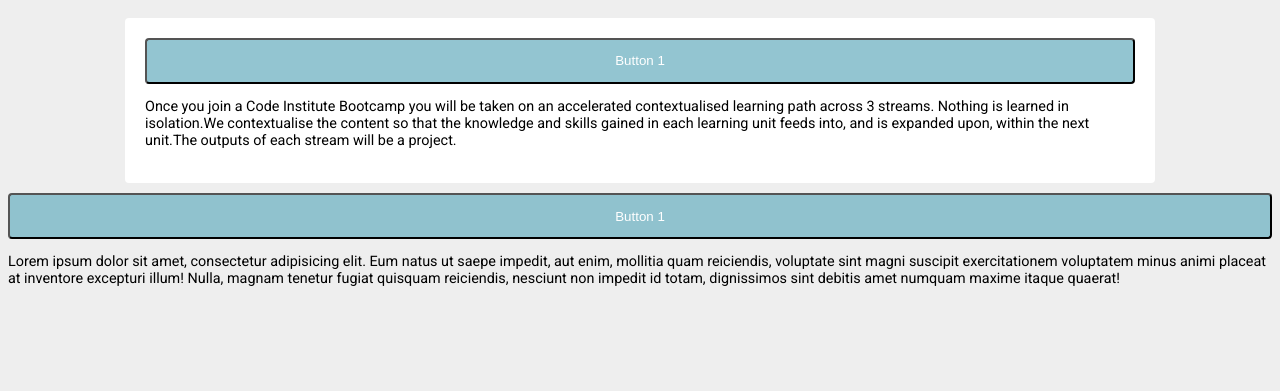
Repository: nitr-am/excersices-using-Jquery
Page: button.html
The author's editor kept a record of every edit. The page is drawn from the files as they stood at one moment, then again after the next edit.
The browser window is 1280 px wide. The pictures show the whole page.
Some web libraries are served in a nearby version.

Above is the page before.

### button.html
<!doctype html>
<html lang="en">
<head>
	<meta charset="utf-8">
	<meta name="viewport" content="width=device-width, initial-scale=1">
	<title>jQuery</title>
	<link href="style.css" rel="stylesheet">
	<link href="https://fonts.googleapis.com/css?family=Roboto&display=swap" rel="stylesheet"><link href="https://fonts.googleapis.com/css?family=Dosis|Roboto&display=swap" rel="stylesheet">
</head>
<body>
	<div id="container">
		<div class='card'>
			<button id='button_unique'  class="bottom_button makeRed">Button 1</button>
			<p id='para1' class="card_para">Once you join a Code Institute Bootcamp you will be taken on an accelerated contextualised learning path across 3 streams. Nothing is learned in isolation.We contextualise the content so that the knowledge and skills gained in each learning unit feeds into, and is expanded upon, within the next unit.The outputs of each stream will be a project. </p>
		</div>
	</div>
	<div id="container2">
		<div class='card2'>
			<button id='button_unique2'  class="bottom_button makeRed">Button 1</button>
			<p id='para12' class="card_para">Lorem ipsum dolor sit amet, consectetur adipisicing elit. Eum natus ut saepe impedit, aut enim, mollitia quam reiciendis, voluptate sint magni suscipit exercitationem voluptatem minus animi placeat at inventore excepturi illum! Nulla, magnam tenetur fugiat quisquam reiciendis, nesciunt non impedit id totam, dignissimos sint debitis amet numquam maxime itaque quaerat!</p>
		</div>
	</div>
	<script src="https://code.jquery.com/jquery-3.2.1.js"
	integrity="sha256-DZAnKJ/6XZ9si04Hgrsxu/8s717jcIzLy3oi35EouyE="
	crossorigin="anonymous"></script>
	<script src="script.js"></script> <!-- Scripts located at the bottom of the body to insure page is fully loaded before execution -->

</body>
</html>

### style.css
body{
	font-family: 'Roboto', sans-serif;
	/*background-image: url(img/code-institute.jpg);
 	background-size: cover;
 	color: #ffffff;*/
 	background-color: #eee;
}

.bg_color {
	background-color: #000;
}

h1{
	font-size: 3em;
	text-align: center;
}
h2{
	font-size: 1em;
	text-align: left;
}
p{
	font-size: .9rem;
}

div{
	border-radius: 4px;
}

.card_image{
	width: 100%;
}
.bottom_button{
	display: flex;
	box-sizing:border-box;
	border-radius: 4px;
	display: block;
	width: 100%;
	background-color:rgba(129, 187, 201,.85);
	text-align: center;
	padding: 1em .75em;
	text-decoration: none;
	color: #fff;

}

.card_bottom{
	display: flex;
	flex-flow:column;
}
.card_head{
	flex:0;
}
.card_para{
	flex:1 0 auto;
}

#container
{
	display: flex;		/* makes container a flexbox*/
	flex-flow: row wrap; 	/* layout the boxes in rows and wrap them*/
	box-sizing:border-box;
	margin-right:auto;
	margin-left:auto;
	max-width:1050px;
}
#logo{
	width: 800px;
	margin: auto;
}

.card{
	flex:1; /* */
	display: flex;	/* make the contents controllable by flexbox*/
	flex-flow:column;	/* */
	min-width: 240px; /**/
	margin: 10px;
	padding: 20px;
	background-color: #fff;
}
.highlight_stream{
	background-color: #EB5255;
}

.highlight_text {
	color: blue;
}

.h2_color {
	background-color: lightblue;
}

.h2_size {
	font-size: 2em;
}

#my_footer{
	width:100%;
	text-align: center;
}
#copyright{
	margin-top:10px;
	margin-bottom:10px;

}

/*************************
Navigation

**************************/

nav{
	font-family: roboto;
	background-color: #eee;
	margin: 30px auto;
	width: 100%;
}
ul{
	display: flex;
	justify-content:space-between;
	flex-flow: row;
	/*flex-flow: row-reverse;*/
	/*justify-content:flex-end;*/
	/*justify-content:space-around;*/
	/*align-items:flex-start;*/
	align-items:baseline;
	border-radius: 10px;
	list-style-type: none; /*Remove Bullets*/
	padding: 0;
}
li{
	flex:1;
	height: 30px;
	/*width:10%;*/
	/*border:2px solid #000;*/
	/*background-color: #81BBC9;*/
	/*border-radius: 10px;*/
	font-family: Dosis;
	padding:20px 20px 20px 20px;
	text-align: center;
	font-size: 1.3em;
}

#logoNav{
	flex:6;
	text-align: left;
	font-size: 2em;
	font-weight: bold;
}

.underline{
  text-decoration:underline;
}
.border{
  border: solid 5px #ccc;
}


@media screen and (max-width: 700px){
	ul{
		flex-flow: column;
		align-items:center;
	}
	li{
		font-size: 2em;
	}
}

### script.js
$(document).ready(function() {

    $('p').click(function() {
        $('p').addClass('get_red')
    })
    $('h2').hover(function() {
        $('h2').addClass('bg_lightblue')
    })

    // Para que crezca el tamaño de la letra de solo el h2 que estoy tocando.
    // Se queda grande y no se vuelve a reducir su tamaño
    $('h2').hover(function(){
        $(this).addClass('h2_size');
    });

    // Now this willl change de bg_color to black when mouse enter,
    // and will add a new class when mouse leave, bg will turn grey.
    $('img').mouseover(function() {
        $('body').addClass('bg_color')
    })
    $('img').mouseleave(function() {
        $('body').addClass('bg_grey')
    })

    // This is for the "button.html"
    $('#button_unique').click(function() {
        $('#para1').slideToggle('slow', );
    })

    // Para que el boton cambie su transparencia. 0.5 y 1 son grados de transparencia.
    $('#button_unique').mouseenter(function() {
        $(this).fadeTo(2000,0.5);
    })
    $('#button_unique').mouseleave(function() {
        $(this).fadeTo(2000,1);
    })

    $('#button_unique2').click(function() {
        $('#para12').hide();
    })

    ////////////////// Para que cambe el bg color del h2
	$("h2").mouseenter(function(){
        $(this).addClass("h2_bg_color");
    });
	$("h2").mouseleave(function(){
        $(this).removeClass("h2_bg_color");
    });



 	$("#stream1_btn").on("click", function() {
 		$(".stream1").removeClass('highlight_stream');
		$(".stream2").removeClass('highlight_stream');
		$(".stream3").removeClass('highlight_stream');
	  	$(".stream1").addClass('highlight_stream');
	});
	$("#stream2_btn").on("click", function() {
		$(".stream1").removeClass('highlight_stream');
		$(".stream2").removeClass('highlight_stream');
		$(".stream3").removeClass('highlight_stream');
	  	$(".stream2").addClass('highlight_stream');
	});
	$("#stream3_btn").on("click", function() {
		$(".stream1").removeClass('highlight_stream');
		$(".stream2").removeClass('highlight_stream');
		$(".stream3").removeClass('highlight_stream');
	  	$(".stream3").addClass('highlight_stream');
	});
	$("ul").css("border", "5px solid red");
	$("ul li").css("color", "red");

/* ----------> Este es para cambiar el color del texto.
	$("p").click(function(){
      $("p").addClass("highlight_text");
    });
*/


/* -----------------> To change the size of the h2 when hovered
    $("#sz_html").hover(function() {
    	$("#sz_html").removeClass("h2_size");
    	$("#sz_mysql").removeClass("h2_size");
    	$("#sz_python").removeClass("h2_size");
    	$("#sz_jquery").removeClass("h2_size");
    	$("#sz_django").removeClass("h2_size");
    	$("#sz_css").removeClass("h2_size");
    	$("#sz_html").addClass("h2_size");
    });
    $("#sz_mysql").hover(function() {
    	$("#sz_html").removeClass("h2_size");
    	$("#sz_mysql").removeClass("h2_size");
    	$("#sz_python").removeClass("h2_size");
    	$("#sz_jquery").removeClass("h2_size");
    	$("#sz_django").removeClass("h2_size");
    	$("#sz_css").removeClass("h2_size");
    	$("#sz_mysql").addClass("h2_size");
    });
    $("#sz_python").hover(function() {
    	$("#sz_html").removeClass("h2_size");
    	$("#sz_mysql").removeClass("h2_size");
    	$("#sz_python").removeClass("h2_size");
    	$("#sz_jquery").removeClass("h2_size");
    	$("#sz_django").removeClass("h2_size");
    	$("#sz_css").removeClass("h2_size");
    	$("#sz_python").addClass("h2_size");
    });
    $("#sz_jquery").hover(function() {
    	$("#sz_html").removeClass("h2_size");
    	$("#sz_mysql").removeClass("h2_size");
    	$("#sz_python").removeClass("h2_size");
    	$("#sz_jquery").removeClass("h2_size");
    	$("#sz_django").removeClass("h2_size");
    	$("#sz_css").removeClass("h2_size");
    	$("#sz_jquery").addClass("h2_size");
    });
    $("#sz_django").hover(function() {
    	$("#sz_html").removeClass("h2_size");
    	$("#sz_mysql").removeClass("h2_size");
    	$("#sz_python").removeClass("h2_size");
    	$("#sz_jquery").removeClass("h2_size");
    	$("#sz_django").removeClass("h2_size");
    	$("#sz_css").removeClass("h2_size");
    	$("#sz_django").addClass("h2_size");
    });
    $("#sz_css").hover(function() {
    	$("#sz_html").removeClass("h2_size");
    	$("#sz_mysql").removeClass("h2_size");
    	$("#sz_python").removeClass("h2_size");
    	$("#sz_jquery").removeClass("h2_size");
    	$("#sz_django").removeClass("h2_size");
    	$("#sz_css").removeClass("h2_size");
    	$("#sz_css").addClass("h2_size");
    });
*/

// ---------> Este cambia el color de fondo fondo
 /*   $(".bottom_button").mouseenter(function() {
    	$("body").addClass("bg_color");
    });
    $(".bottom_button").mouseout(function() {
    	$("body").removeClass("bg_color");
    });
*/

 /* ////////////////////Para que cambie lucidez

    $("#button1").mouseenter(function() {
        $("#button1").fadeTo(1000, 0.5, )
    });
    $("#button1").mouseout(function() {
        $("#button1").fadeTo(1000, 1)
    });
*/

// ---------------- This one is to change the color of the buttons
    $("button").mouseenter(function() {
        $(this).removeClass("makeRed").addClass("makeBorder")
    });
    $("button").mouseout(function() {
        $(this).removeClass("makeBorder").addClass("makeRed")
    });

 // --------> Images and Buttons, to make the paragraph vanish
 //   $("#html_vanish").hide();
    $("#img3").click(function() {
       $("#html_vanish").slideToggle("slow", )
    })
    $("#button1").click(function() {
       $("#html_vanish").slideToggle("slow", )
    });

//   $("#mysql_vanish").hide();
    $("#img1").click(function() {
       $("#mysql_vanish").slideToggle("slow", )
    })
    $("#button2").click(function() {
       $("#mysql_vanish").slideToggle("slow", )
    });

//    $("#python_vanish").hide();
    $("#img2").click(function() {
       $("#python_vanish").slideToggle("slow", )
    })
    $("#button3").click(function() {
       $("#python_vanish").slideToggle("slow", )
    });

//    $("#jquery_vanish").hide();
    $("#img5").click(function() {
       $("#jquery_vanish").slideToggle("slow", )
    })
    $("#button4").click(function() {
       $("#jquery_vanish").slideToggle("slow", )
    });

//    $("#django_vanish").hide();
    $("#img4").click(function() {
       $("#django_vanish").slideToggle("slow", )
    })
    $("#button5").click(function() {
       $("#django_vanish").slideToggle("slow", )
    });

//    $("#css_vanish").hide();
    $("#img6").click(function() {
       $("#css_vanish").slideToggle("slow", )
    })
    $("#button6").click(function() {
       $("#css_vanish").slideToggle("slow", )
    });

// ----> Esto hara que todos los hiperviculos se resalten cuando pase el mouse por el texto
    $("p").mouseenter(function() {
        $(this).children("a").addClass("highlight")
    })
    $("p").mouseleave(function() {
        $(this).children("a").removeClass("highlight")
    })

// ------> The use of next
 /*   $("button").click(function() {
        $(this).prev().slideToggle(1000, )
    });
 */
    $(".card").click(function() { // esto me pinta o despunta el bk de cada cartilla
		$(this).toggleClass("highlight");
	});

     //let highlighted =  $(".card").toggleClass("highlight");
     $("#select_btn").click(function() { // esta opcion me desaarece las cartillas no pintadas (la opcion de arriba)
        $(".card:not(.highlight)").hide() // Las qe no esten pintadas las desaparece. :not(slector)
     })
     $("#all_btn").click(function() {
        $(".card").show() // esta me vuelve a mostrar todas todas.
     })




});

After the next edit:
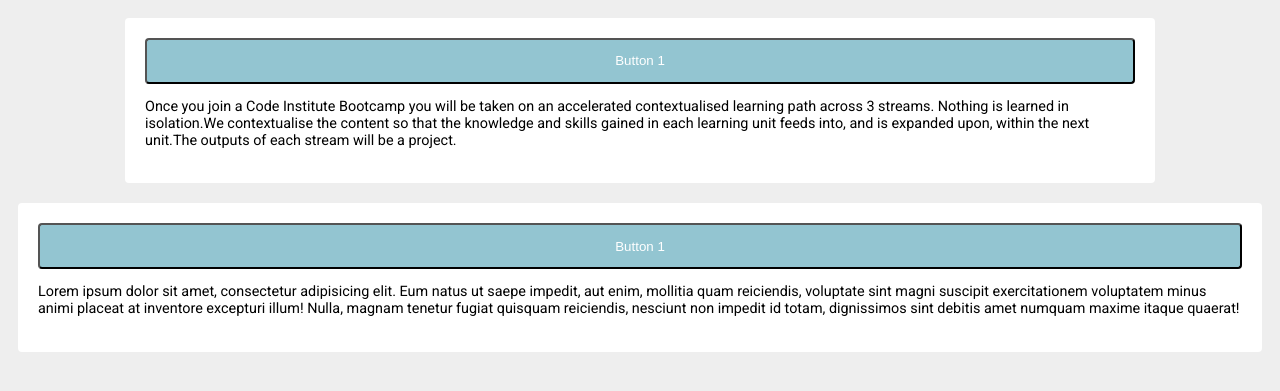
The edit:
--- a/button.html
+++ b/button.html
@@ -14,8 +14,8 @@
 			<p id='para1' class="card_para">Once you join a Code Institute Bootcamp you will be taken on an accelerated contextualised learning path across 3 streams. Nothing is learned in isolation.We contextualise the content so that the knowledge and skills gained in each learning unit feeds into, and is expanded upon, within the next unit.The outputs of each stream will be a project. </p>
 		</div>
 	</div>
-	<div id="container2">
-		<div class='card2'>
+	<div class="container">
+		<div class='card'>
 			<button id='button_unique2'  class="bottom_button makeRed">Button 1</button>
 			<p id='para12' class="card_para">Lorem ipsum dolor sit amet, consectetur adipisicing elit. Eum natus ut saepe impedit, aut enim, mollitia quam reiciendis, voluptate sint magni suscipit exercitationem voluptatem minus animi placeat at inventore excepturi illum! Nulla, magnam tenetur fugiat quisquam reiciendis, nesciunt non impedit id totam, dignissimos sint debitis amet numquam maxime itaque quaerat!</p>
 		</div>
